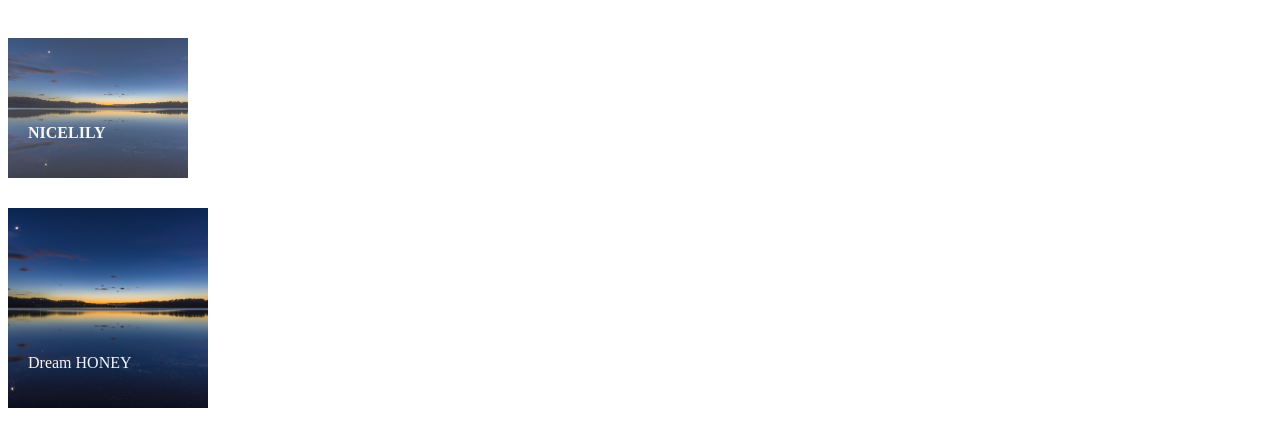
Repository: northpx/animation
Page: index.html
An editor plug-in stored every save of this project. The page is shown before and after the next save, followed by the edit.
The browser window is 1280 px wide. The pictures show the whole page.

Above is the page before, as saved 2022-12-21 18:11:25.

### index.html
<!DOCTYPE html>
<html lang="en">

<head>
  <meta charset="UTF-8">
  <meta http-equiv="X-UA-Compatible" content="IE=edge">
  <meta name="viewport" content="width=device-width, initial-scale=1.0">
  <link rel="stylesheet" href="style.css">
  <title>Document</title>
</head>

<body>
  <div class="container">
    <img src="nature_lake_sunset_landscape_ultrahd_4k_wallpaper_3840x2160.jpg" alt="" class="image">
    <div class="content1">
      <p class="p1">NICELILY</p>
      <p class="p2">Lily to play</p>
    </div>
  </div>

  <div class="container1">
    <img src="nature_lake_sunset_landscape_ultrahd_4k_wallpaper_3840x2160.jpg" alt="" class="image2">
    <div class="content2">
      <p class="p3">Dream HONEY <span>Now</span></p>
    </div>
    <div class="bot"></div>
  </div>
</body>

</html>

<!-- <!DOCTYPE html>
<html>
<head>
<title>W3.CSS</title>
<meta name="viewport" content="width=device-width, initial-scale=1">
<link rel="stylesheet" href="style.css">
</head>
<body>
<div class="w3-container w3-green">
  <h1>W3Schools Demo</h1>
  <p>Resize this responsive page!</p>
</div>
<div class="w3-row-padding">
  <div class="w3-third">
    <h2>London</h2>
    <p>London is the capital city of England.</p>
    <p>It is the most populous city in the United Kingdom,
    with a metropolitan area of over 13 million inhabitants.</p>
  </div>

  <div class="w3-third">
    <h2>Paris</h2>
    <p>Paris is the capital of France.</p>
    <p>The Paris area is one of the largest population centers in Europe,
    with more than 12 million inhabitants.</p>
  </div>

  <div class="w3-third">
    <h2>Tokyo</h2>
    <p>Tokyo is the capital of Japan.</p>
    <p>It is the center of the Greater Tokyo Area,
    and the most populous metropolitan area in the world.</p>
  </div>
</div>

</body>
</html> -->

### style.css

.container{
    width: 180px;
    height: 200px;
    overflow: hidden;
    position: relative;
}

 .image{
    width: 250px;
    height: 200px;
    object-fit: contain;
    transform: translateX(-20px);
    transition: all .5s linear;
    opacity: 0.8;
}

.container:hover .image{
    transform: translateX(0px);
    opacity: 1;
}

.content1 .p1{
    position: absolute;
    color: whitesmoke;
    top: 100px;
    left: 20px;
    opacity: 1;
    transition: all .5s ease-in;
    font-weight: bold;
}

.container:hover .content1 .p1{
    transform: translateY(-20px);
}

.content1 .p2{
    position: absolute;
    color: azure;
    top: 120px;
    left: 20px;
    visibility: hidden;
    opacity: 0;
    transition: all .5s ease-in;
}

.container:hover .content1 .p2{
    transform: translateY(-20px);
    visibility: visible;
    opacity: 1;
}

.container1{
    width: 200px;
    height: 200px;
    background-color: antiquewhite;
    overflow: hidden;
    position: relative;
}

.image2{
    width: 200px;
    height: 200px;
    object-fit: cover;
}

.container1:hover .image2{
    opacity: 0.8;
}

.p3{
    position: absolute;
    bottom: 0;
    color: aliceblue;
    padding-bottom: 20px;
    padding-left: 20px;
    transition: all .3s linear;
}

.p3 span{
    opacity: 0;
}

.container1:hover .p3{
    transform: translateY(10px);
}

.container1:hover .p3 span{
    animation: spinner .3s linear forwards;
}

@keyframes spinner {
    0%{
        opacity: 0;
    }
    50%{
        opacity: 0.5;
    }
    100%{
        opacity: 1;
    }
}

.bot{
    position: absolute;
    width: 200px;
    height: 0px;
    background-color: beige;
    bottom: 0;
}

.bot::before{
    content: "";
    position: absolute;
    bottom: ;
}

After the next save:
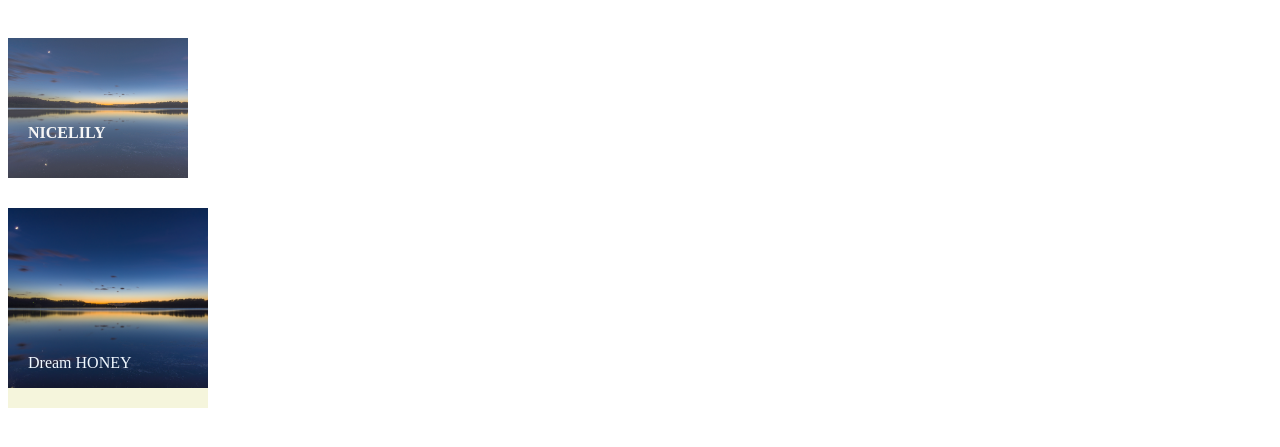
Saved 40 s later.
--- a/style.css
+++ b/style.css
@@ -104,7 +104,7 @@
 .bot{
     position: absolute;
     width: 200px;
-    height: 0px;
+    height: 20px;
     background-color: beige;
     bottom: 0;
 }
